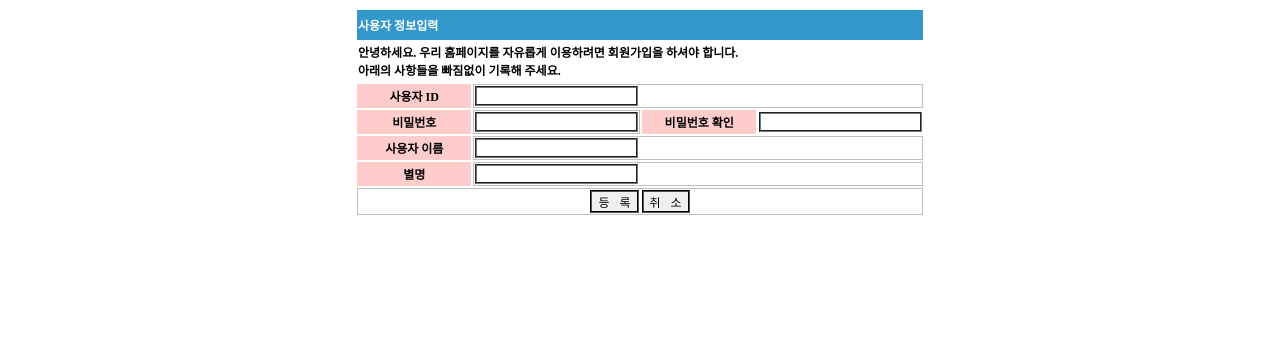
Repository: ham815/WebStart
Page: http://localhost/littlePick/WEB-INF/views/register.jsp
An editor plug-in stored every save of this project. The page is shown before and after the next save, followed by the edit.
The browser window is 1280 px wide. The pictures show the whole page.
The page is served by Tomcat 9. Nobody is signed in. Other server files are loaded and not shown. The template is opened directly, without the code that normally fills it, so the values that code supplies are empty.

Above is the page before, as saved 2021-07-26 13:06:24.

### littlePick/littlePick/src/main/webapp/WEB-INF/views/register.jsp
<%@ page language="java" contentType="text/html; charset=UTF-8"
    pageEncoding="UTF-8"%>
<html>
<head>
<title>사용자 등록</title>

<!--
        정적자원들은 resources 폴더에 저장
	 현재 프로젝트명에서 user 경로를 더한 상태이기에 상위경로를 올라갔다가 resources를 찾음.
	 **************경로 헷갈림 ,, 웹 브라우저에서 경로 확인하기 !!!!!! *************
 -->

<link rel="stylesheet" href="../resources/style/stylecss.css" type="text/css">
<script type="text/javascript" src="../resources/js/jquery-1.7.1.js"></script>
<script  src="../resources/js/js_userinput.js"></script>
</head>



<body bgcolor="#FFFFFF">

<table class='table1'>
  <tr bgcolor="#3399CC">
    <td height="30" class="normalbold"><font color="#FFFFFF">사용자 정보입력</font></td>
  </tr>
  <tr>
    <td>안녕하세요. 우리 홈페이지를 자유롭게 이용하려면 회원가입을 하셔야 합니다.<br>
      아래의 사항들을 빠짐없이 기록해 주세요.</td>
  </tr>
</table>

<!--
	action의 경로 ,, user/userInsert.do 지만
	회원가입을 누르고 들어가면 이미 /user/경로가 포함되므로
	action에 경로를 써줄때 상위 경로를 제거하고 userInsert.do만 적어도 된다.
 -->
<form method="post" action="userInsert.do" name="userinput" id="userinput">
  <table class='table2'>
    <tr>
      <td class="normalbold tb_ttl">
        <div align="center">사용자 ID</div>
      </td>
      <td colspan="3" class="normal">
        <input type="text" name="user_email" id="user_email" size="20">
        <span id="idCheckResult" style="width:150px;color:red"></span>
      </td>
    </tr>
    <tr>
      <td class="normalbold tb_ttl">
        <div align="center">비밀번호</div>
      </td>
      <td width="154" class="normal">
        <input type="password" name="user_password" id="user_password">
      </td>
      <td class="normalbold tb_ttl">
        <div align="center">비밀번호 확인</div>
      </td>
      <td width="160">
        <input type="password" name="user_password2" id="user_password2">
      </td>
    </tr>
    <tr>
      <td class="normalbold tb_ttl">
        <div align="center">사용자 이름</div>
      </td>
      <td colspan="3" height="23" class="normal">
        <input type="text" name="user_name" id="user_name">
      </td>
    </tr>
       <tr>
      <td class="normalbold tb_ttl">
        <div align="center">별명</div>
      </td>
      <td colspan="3" height="23" class="normal">
        <input type="text" name="user_nickname" id="user_nickname">
      </td>
    </tr>
    <tr>
      <td colspan="4" class="normal">
        <div align="center">
        	<!-- submit이 아니기 때문에 jquery나 script로 전송처리 해야 함  -->
          <input type="button" name="confirm" id="confirm" value="등   록">
          <input type="reset" name="reset" value="취   소">
        </div>
      </td>
    </tr>
  </table>
</form>

</body>
</html>

### littlePick/littlePick/src/main/webapp/resources/style/stylecss.css
.normal {
font-family: "굴림", "돋움";
font-size: 12;
font-style: normal;
font-weight:normal;
text-decoration: none;
border:1px solid #c0c0c0; }

.normalbold {  font-family: "굴림", "돋움"; font-size: 12;
font-style: normal; font-weight: bold; text-decoration: none}

td{font-size:12;font-weight:bold; }
a{text-decoration:none}

input {font-size: 9pt; color: #000000; text-decoration: none;
	border-style:groove;
}

table{ width:60%;  margin:auto; } /* 테이블 가운데 정렬  */

.table1 {  width:570px; border:0px; cellspacing:0px; cellpadding:5px; }
.table2 {  width:570px;  cellspacing:0; cellpadding:3px; }

.tb_ttl {  background:#FFCCCC;  width:179px; }

### littlePick/littlePick/src/main/webapp/resources/js/js_userinput.js
$(function(){
	//우편번호 api
	$('#address_btn').click(function(){
		new daum.Postcode({
	        oncomplete: function(data) {

                var roadAddr = data.roadAddress; // 도로명 주소 변수
                var extraRoadAddr = ''; // 참고 항목 변수

                // 법정동명이 있을 경우 추가한다. (법정리는 제외)
                // 법정동의 경우 마지막 문자가 "동/로/가"로 끝난다.
                if(data.bname !== '' && /[동|로|가]$/g.test(data.bname)){
                    extraRoadAddr += data.bname;
                }
                // 건물명이 있고, 공동주택일 경우 추가한다.
                if(data.buildingName !== '' && data.apartment === 'Y'){
                   extraRoadAddr += (extraRoadAddr !== '' ? ', ' + data.buildingName : data.buildingName);
                }
                // 표시할 참고항목이 있을 경우, 괄호까지 추가한 최종 문자열을 만든다.
                if(extraRoadAddr !== ''){
                    extraRoadAddr = ' (' + extraRoadAddr + ')';
                }

                // 우편번호와 주소 정보를 해당 필드에 넣는다.
                document.getElementById('user_postcode').value = data.zonecode;
                document.getElementById("user_address").value = roadAddr;


                // 참고항목 문자열이 있을 경우 해당 필드에 넣는다.
                if(roadAddr !== ''){
                    document.getElementById("user_address3").value = extraRoadAddr;
                } else {
                    document.getElementById("user_address3").value = '';
                }
            }

	    }).open();
	})






	// 사용자의 자료 입력여부를 검사하는 함수
	$('#confirm').click(function(){
    	if( $.trim($("#user_name").val()) == '' ){
            alert("이름을 입력해주세요.");
            $("#user_name").focus();
            return;
        }

    	if( $.trim($("#user_email").val()) == '' ){
            alert("이메일을 입력해주세요.");
            $("#user_email").focus();
            return;
        }

    	if($.trim($('#user_password').val())==''){
    		alert("비밀번호를 입력해주세요.");
    		$('#user_password').focus();
    		return;
    	}

    	if($.trim($('#user_password').val()) != $.trim($('#user_password2').val())){
    		alert("비밀번호가 일치하지 않습니다.");
    		$('#user_password2').focus();
    		return;
    	}

    	if( $.trim($("#user_nickname").val()) == '' ){
            alert("닉네임을 입력해주세요.");
            $("#user_nickname").focus();
            return;
        }

    	if( $.trim($("#user_phone").val()) == '' ){
            alert("휴대폰번호를 입력해주세요.");
            $("#user_phone").focus();
            return;
        }

    	if( $.trim($("#user_address").val()) == '' ){
            alert("주소를 입력해주세요.");
            $("#user_address").focus();
            return;
        }

    	if( $.trim($("#user_birth").val()) == '' ){
            alert("생년월일을 입력해주세요.");
            $("#user_birth").focus();
            return;
        }

    	let gender =  $(':radio[name="user_gender"]:checked').val();

    	if(gender == null ){
            alert("성별을 선택해주세요.");
            return;
        }

        document.userinput.submit(); // 자료를 전송합니다.
	});

	//이메일 중복체크 // keyup 나중에 사용하지 않기 !!! 중복확인버튼 눌러서 한번에 확인
	$('#user_email_btn').click(function(){
        $.ajax({
        	type:'post',
        	url:'emailCheck.do', //요청 부르기, MVC로 하는 거면 jsp나오면 안됨 !!
        	contentType: 'application/x-www-form-urlencoded;charset=UTF-8', //한글처리
        	data:{user_email: $('#user_email').val()},
        	success: function(result){
        		$('#emailCheckResult').text(result)
        		//text()/html()
        	}
        })

	})

	//닉네임 중복체크
	$('#user_nickname_btn').click(function(){
        $.ajax({
        	type:'post',
        	url:'nicknameCheck.do', //요청 부르기, MVC로 하는 거면 jsp나오면 안됨 !!
        	contentType: 'application/x-www-form-urlencoded;charset=UTF-8', //한글처리
        	data:{user_nickname: $('#user_nickname').val()},
        	success: function(result){
        		$('#nicknameCheckResult').text(result)
        		//text()/html()
        	}
        })

	})
})

Loaded but not shown: littlePick/littlePick/src/main/webapp/resources/js/jquery-1.7.1.js (library)

After the next save:
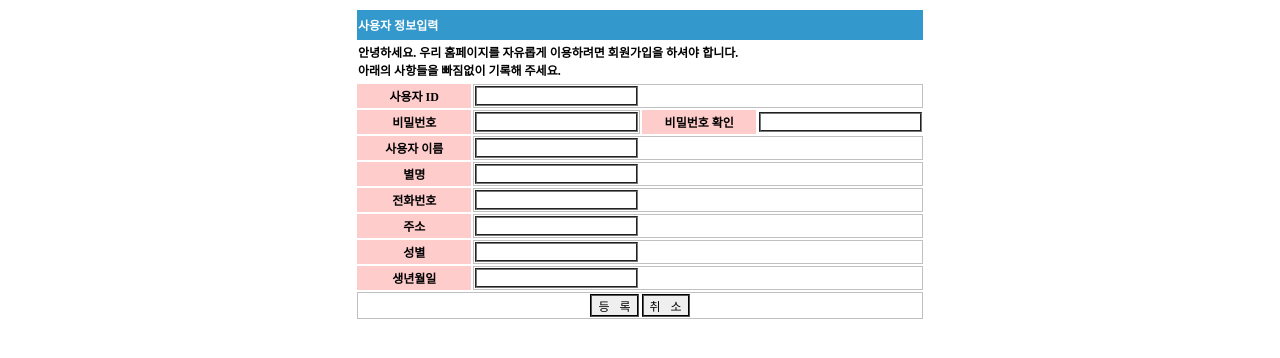
Saved 2 min 30 s later.
--- a/littlePick/littlePick/src/main/webapp/WEB-INF/views/register.jsp
+++ b/littlePick/littlePick/src/main/webapp/WEB-INF/views/register.jsp
@@ -75,6 +75,40 @@
         <input type="text" name="user_nickname" id="user_nickname">
       </td>
     </tr>
+           <tr>
+      <td class="normalbold tb_ttl">
+        <div align="center">전화번호</div>
+      </td>
+      <td colspan="3" height="23" class="normal">
+        <input type="text" name="user_phone" id="user_phone">
+      </td>
+    </tr>
+           <tr>
+      <td class="normalbold tb_ttl">
+        <div align="center">주소</div>
+      </td>
+      <td colspan="3" height="23" class="normal">
+        <input type="text" name="user_address" id="user_address">
+      </td>
+    </tr>
+           <tr>
+      <td class="normalbold tb_ttl">
+        <div align="center">성별</div>
+      </td>
+      <td colspan="3" height="23" class="normal">
+        <input type="text" name="user_gender" id="user_gender">
+      </td>
+    </tr>
+           <tr>
+      <td class="normalbold tb_ttl">
+        <div align="center">생년월일</div>
+      </td>
+      <td colspan="3" height="23" class="normal">
+        <input type="text" name="user_birth" id="user_birth">
+      </td>
+    </tr>
+
+
     <tr>
       <td colspan="4" class="normal">
         <div align="center">
